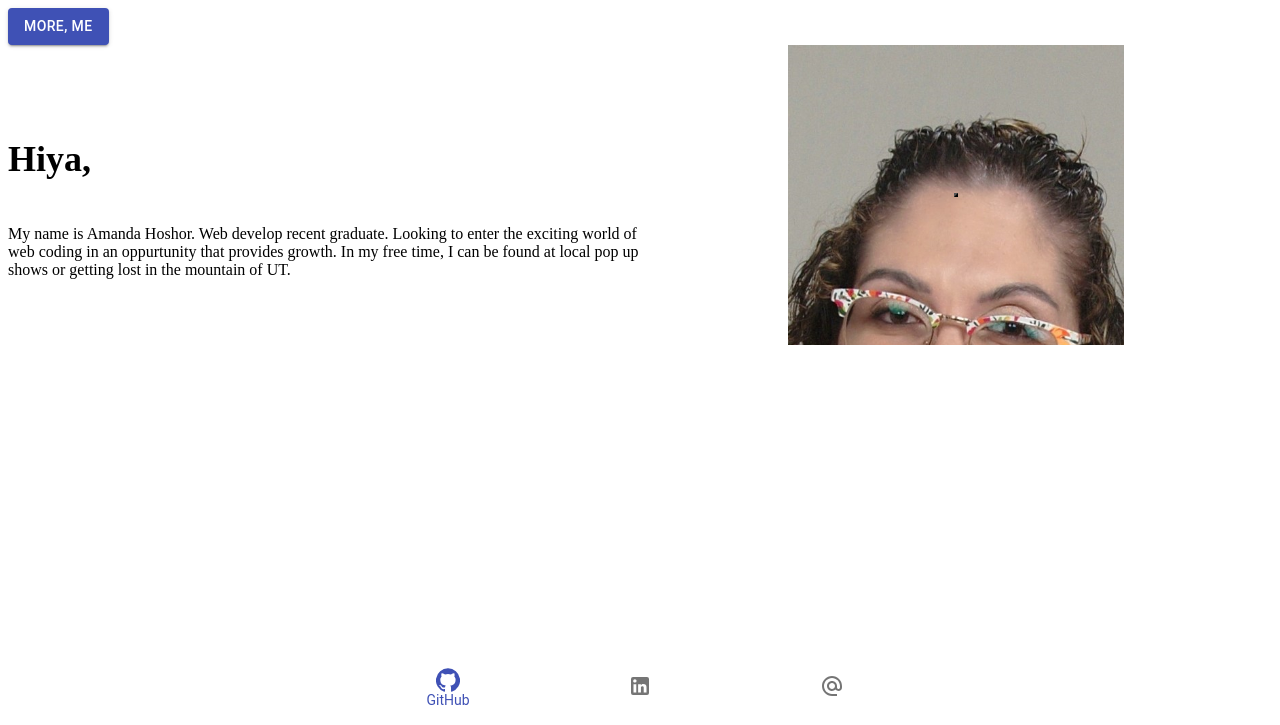
Repository: mandahos/hoshor
Page: /
These files come from the project's save history. The page is drawn as it stood at one moment and after the next save; the edit follows.
The browser window is 1280 px wide. The pictures show the whole page.
The project was rebuilt for these pictures with package versions that can differ from the ones it lists, and the page was loaded fresh each time. Also part of the build but not shown: src/components/Portfolio/index.js, src/components/Resume/index.js.

Above is the page before, as saved 2021-08-14 21:27:53.

### src/index.js
import React from 'react';
import ReactDOM from 'react-dom';
import './css/styles.css';
import App from './App';

ReactDOM.render(
  <React.StrictMode>
    <App />

  </React.StrictMode>,
  document.getElementById('root')
);

// If you want to start measuring performance in your app, pass a function
// to log results (for example: reportWebVitals(console.log))
// or send to an analytics endpoint. Learn more: https://bit.ly/CRA-vitals

### src/css/styles.css
.App {
  font-family: Arial, Helvetica, sans-serif;
  text-align: center;
  background-color: #7A6174;
  color: white
}
h1 {
  font-size: 48px;

}
h2 {
  font-size: 14px
}
.About {
  font-family: Cambria, Cochin, Georgia, Times, 'Times New Roman', serif
}
h3 {
  text-align: left;
}

p {
  text-align: left;
}

### src/App.js
import React, { useState } from "react";
import "./css/styles.css";
import  Navigation from "./components/Navigation";
import  Me  from "./components/Me";
import  Footer  from "./components/Footer";
import Portfolio from "./components/Portfolio";
import Resume from "./components/Resume"
// import background from "./assets/images/plug.png"


function App() {
  const [projects] = useState([
    {
      name: "Med-Planner",
      description: "A web application which provides caregivers and patients an easy solution for managing their apointments.",
      url: "https://mandahos.github.io/med-planner/",
      github: "https://github.com/mandahos/med-planner.git",
      image: "med-planner.jpg"

    }
  ])

  const [meSelected, setMeSelected] = useState(true);
  const [portfolioSelected, setPortfolioSelected] = useState(false);
  const [resumeSelected, setResumeSelected] = useState (false);

  return (
    <div>
      <Navigation
      meSelected={meSelected}
      setMeSelected={setMeSelected}
      portfolioSelected={portfolioSelected}
      setPortfolioSelected={setPortfolioSelected}
      resumeSelected={resumeSelected}
      setResumeSelected={setResumeSelected}
      />

      {portfolioSelected ? (<Portfolio projects={projects}/>)
        : resumeSelected ? (<Resume />)
        : (<Me />)}

        <Footer />
    </div>
  );
}

export default App;

### src/components/Navigation/index.js
import React from 'react';
import { withStyles } from '@material-ui/core/styles';
import Button from '@material-ui/core/Button';
import Menu from '@material-ui/core/Menu';
import MenuItem from '@material-ui/core/MenuItem';
import ListItemIcon from '@material-ui/core/ListItemIcon';
import ListItemText from '@material-ui/core/ListItemText';
import PortraitIcon from '@material-ui/icons/Portrait';
import WorkOutlineIcon from '@material-ui/icons/WorkOutline';
import LibraryBooksIcon from '@material-ui/icons/LibraryBooks';
import Link from '@material-ui/core/Link';
import Typography from '@material-ui/core/Typography';



function Navigation(props) {

const StyledMenu = withStyles({
  paper: {
    border: '1px solid #d3d4d5',
  },
})((props) => (
  <Menu
    elevation={0}
    getContentAnchorEl={null}
    anchorOrigin={{
      vertical: 'bottom',
      horizontal: 'center',
    }}
    transformOrigin={{
      vertical: 'top',
      horizontal: 'center',
    }}
    {...props}
  />
));

const StyledMenuItem = withStyles((theme) => ({
  root: {
    '&:focus': {
      backgroundColor: theme.palette.primary.main,
      '& .MuiListItemIcon-root, & .MuiListItemText-primary': {
        color: theme.palette.common.white,
      },
    },
  },
}))(MenuItem);


  const [anchorEl, setAnchorEl] = React.useState(null);

  const handleClick = (event) => {
    setAnchorEl(event.currentTarget);
  };

  const handleClose = () => {
    setAnchorEl(null);
  };

  const {
    meSelected,
    setMeSelected,
    portfolioSelected,
    setPortfolioSelected,
    resumeSelected,
    setResumeSelected,
} = props;

  return (
    <div>
      <Button
        aria-controls="customized-menu"
        aria-haspopup="true"
        variant="contained"
        color="primary"
        onClick={handleClick}
      >
        More, Me
      </Button>
      <StyledMenu
        id="customized-menu"
        anchorEl={anchorEl}
        keepMounted
        open={Boolean(anchorEl)}
        onClose={handleClose}
      >
       <StyledMenuItem>
          <ListItemIcon>
          <Link href="#meSelected" onClick={() => {
                setMeSelected(true);
                setPortfolioSelected(false);
                setResumeSelected(false);
            }}>

            <PortraitIcon fontSize="small" />

            </Link>
          </ListItemIcon>
          <ListItemText primary="Me" />
        </StyledMenuItem>

          <StyledMenuItem>
          <ListItemIcon>
            <WorkOutlineIcon fontSize="small" />
            <span onClick={() => {
                setMeSelected(false);
                setPortfolioSelected(true);
                setResumeSelected(false);
            }}>

            </span>

          </ListItemIcon>
          <ListItemText primary="Portfolio" />
        </StyledMenuItem>

        <StyledMenuItem>
          <ListItemIcon>
            <LibraryBooksIcon fontSize="small" />
            <span onClick={() => {
                setMeSelected(false);
                setPortfolioSelected(false);
                setResumeSelected(true);
            }}></span>
          </ListItemIcon>
          <ListItemText primary="Resume" />
        </StyledMenuItem>
      </StyledMenu>
    </div>
  );

}

  export default Navigation;

### src/components/Me/index.js
import React from 'react';
import {
  Container,
  Stack,
  Flex,
  Box,
  Heading,
  Text,
  Image,
  IconButton,
} from '@chakra-ui/react';
import { Link } from "@chakra-ui/react"





import picture from '../../assets/images/react-profile.png'

export default function CallToActionWithVideo() {
  return (
    <Container maxW={'7xl'}>
      <Stack
        align={'center'}
        spacing={{ base: 8, md: 10 }}
        py={{ base: 20, md: 28 }}
        direction={{ base: 'column', md: 'row' }}>
        <Stack flex={1} spacing={{ base: 5, md: 10 }}>
          <Heading
            lineHeight={1.1}
            fontWeight={800}
            fontSize={36}
            >
            <Text
              as={'span'}
              position={'relative'}
              _after={{
                content: "''",
                width: 'full',
                height: '80%',
                position: 'absolute',
                bottom: 1,
                left: 0,
                bg: 'red.400',
                zIndex: -1,

              }}>
              Hiya,
            </Text>
            <br />

          </Heading>
          <Text color={'black.500'}>
            My name is Amanda Hoshor. Web develop recent graduate. Looking to enter the exciting world of web coding in an oppurtunity that provides growth. In my free time, I can be found at local pop up shows or getting lost in the mountain of UT.
          </Text>
          <Stack
            spacing={{ base: 4, sm: 6 }}
            direction={{ base: 'column', sm: 'row' }}>

          </Stack>
        </Stack>
        <Flex
          flex={1}
          justify={'center'}
          align={'center'}
          position={'relative'}
          w={'full'}>

          <Box
            position={'relative'}
            height={'300px'}
            rounded={'2xl'}
            boxShadow={'2xl'}
            width={'full'}
            overflow={'hidden'}>
            <IconButton
              aria-label={'Play Button'}
              variant={'ghost'}
              _hover={{ bg: 'transparent' }}

              size={'lg'}
              color={'white'}
              position={'absolute'}
              left={'50%'}
              top={'50%'}
              transform={'translateX(-50%) translateY(-50%)'}
            />
            <Image
              alt={'Me'}
              fit={'cover'}
              align={'center'}
              w={'100%'}
              h={'200%'}
              src={
                picture
              }
            />
          </Box>
        </Flex>
      </Stack>
    </Container>
  );
}

### src/components/Footer/index.js
import React from 'react';
import { makeStyles } from '@material-ui/core/styles';
import BottomNavigation from '@material-ui/core/BottomNavigation';
import BottomNavigationAction from '@material-ui/core/BottomNavigationAction';
import LinkedInIcon from '@material-ui/icons/LinkedIn';
import GitHubIcon from '@material-ui/icons/GitHub';
import AlternateEmailIcon from '@material-ui/icons/AlternateEmail';
import CSS from './footer.css'

const useStyles = makeStyles({
  root: {
    width: 500,
  },
});

export default function LabelBottomNavigation() {
  const footer = useStyles();
  const [value, setValue] = React.useState('recents');

  const handleChange = (event, newValue) => {
    setValue(newValue);
  };

  return (
    <BottomNavigation value={value} onChange={handleChange} className={footer}>
      <BottomNavigationAction a href="https://github.com/mandahos" label="GitHub" value="recents" icon={<GitHubIcon />} />
      <BottomNavigationAction a href="https://www.linkedin.com/in/amanda-hoshor/" label="LinkedIn" value="favorites" icon={<LinkedInIcon />} />
      <BottomNavigationAction a href="mailto:hoshor.manda@gmail.com" label="Email" value="nearby" icon={<AlternateEmailIcon />} />

    </BottomNavigation>
  );
}

### src/components/Footer/footer.css
.root {
    display: block;
    margin-left: auto;
    margin-right: auto;
    margin-top: 25%;
}

Loaded but not shown: public/index.html (common file)

After the next save:
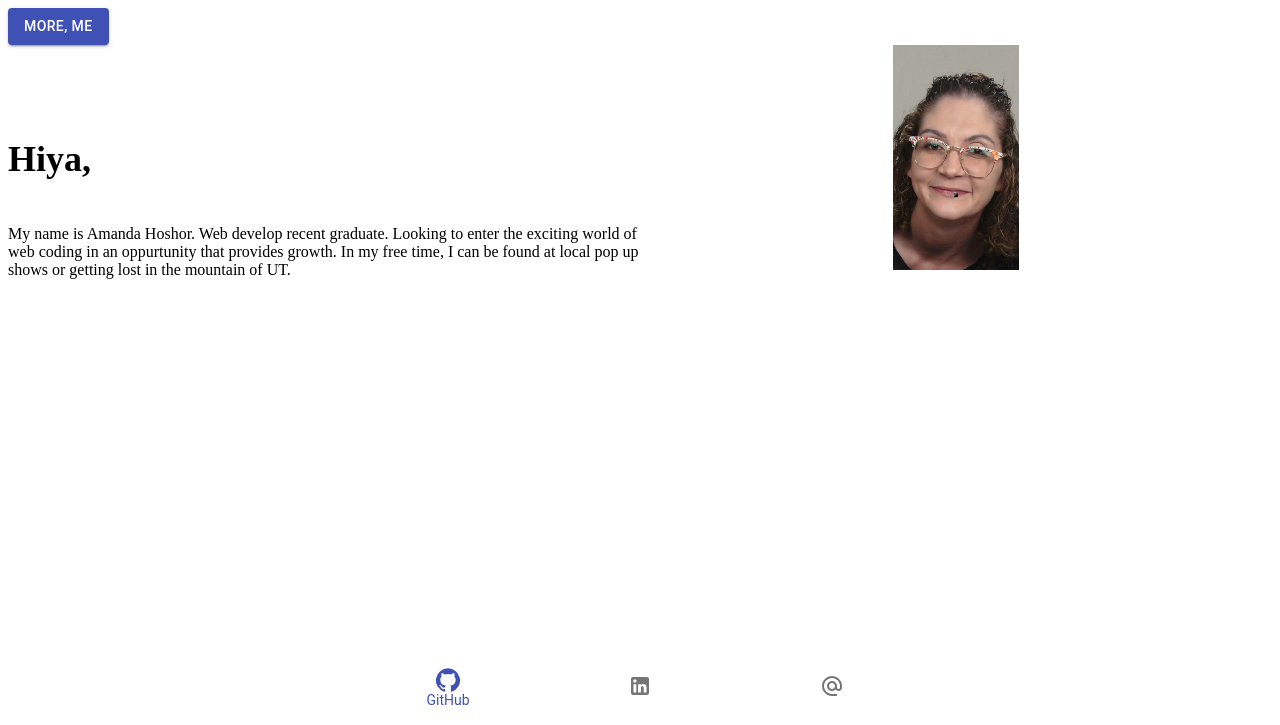
Saved 9 s later.
--- a/src/components/Me/index.js
+++ b/src/components/Me/index.js
@@ -90,7 +90,7 @@ export default function CallToActionWithVideo() {
               fit={'cover'}
               align={'center'}
               w={'100%'}
-              h={'200%'}
+              h={'75%'}
               src={
                 picture
               }
